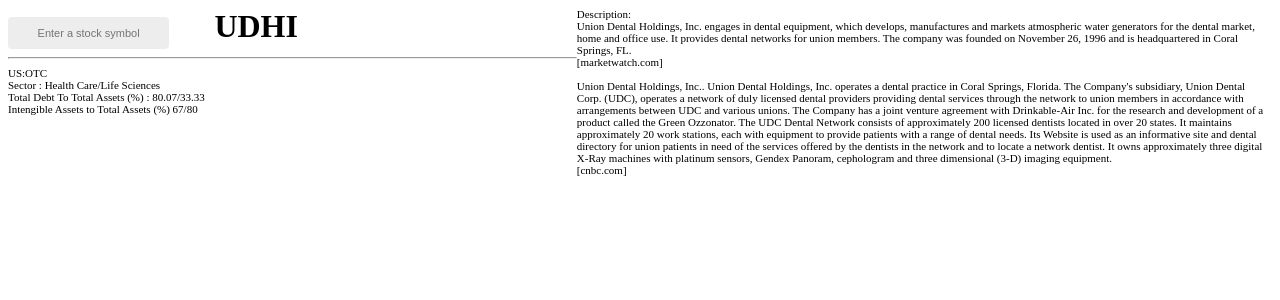
Repository: hadi4172/halal-stock-scanner
Page: popup.html
An editor plug-in stored every save of this project. The page is shown before and after the next save, followed by the edit.
The browser window is 1280 px wide. The pictures show the whole page.

Above is the page before, as saved 2020-09-24 18:34:12.

### popup.html
<!DOCTYPE html>
<html>

<head>
    <title>Halal Stock Scanner</title>
    <meta charset="UTF-8">
    <link rel="stylesheet" href="SimpleBar/simplebar.css" />
    <link rel="stylesheet" href="font-awesome/font-awesome.min.css">
    <link rel="stylesheet" type="text/css" href="popup.css">
    <script src="popup.js"></script>
    <script src="SimpleBar/simplebar.min.js"></script>
</head>

<body>
    <div id=left>
        <input id=input type=text maxlength=5 placeholder="Enter a stock symbol" />
        <i id=search-btn class="fa fa-search fa-lg"></i>
        <i id=settings-btn class="fa fa-cog fa-lg"></i>
        <span id=symbol>UDHI</span>
        <i id=icon-is-correct-or-no class="fa fa-exclamation-triangle fa-2x"></i>
        <hr>
        <div id=market class=info>US:OTC</div>
        <div id=sector class=info>Sector : Health Care/Life Sciences</div>
        <div id=debt-to-assets class=info>Total Debt To Total Assets (%) : 80.07/33.33</div>
        <div id=intengible-assets-to-total-assets class=info>Intengible Assets to Total Assets (%) 67/80 </div>
    </div>

    <div id=right>
        <div id=description data-simplebar>
            Description: <br />
            Union Dental Holdings, Inc. engages in dental equipment, which develops, manufactures and markets atmospheric water generators for the dental market, home and office use. It provides dental networks for union members. The company was founded on November 26, 1996 and is headquartered in Coral Springs, FL.<br />
            [marketwatch.com]<br /><br />
            Union Dental Holdings, Inc.. Union Dental Holdings, Inc. operates a dental practice in Coral Springs, Florida. The Company's subsidiary, Union Dental Corp. (UDC), operates a network of duly licensed dental providers providing dental services through the network to union members in accordance with arrangements between UDC and various unions. The Company has a joint venture agreement with Drinkable-Air Inc. for the research and development of a product called the Green Ozzonator. The UDC Dental Network consists of approximately 200 licensed dentists located in over 20 states. It maintains approximately 20 work stations, each with equipment to provide patients with a range of dental needs. Its Website is used as an informative site and dental directory for union patients in need of the services offered by the dentists in the network and to locate a network dentist. It owns approximately three digital X-Ray machines with platinum sensors, Gendex Panoram, cephologram and three dimensional (3-D) imaging equipment.<br />
            [cnbc.com]
        </div>
    </div>
</body>

</html>

### SimpleBar/simplebar.css
[data-simplebar] {
  position: relative;
  flex-direction: column;
  flex-wrap: wrap;
  justify-content: flex-start;
  align-content: flex-start;
  align-items: flex-start;
}

.simplebar-wrapper {
  overflow: hidden;
  width: inherit;
  height: inherit;
  max-width: inherit;
  max-height: inherit;
}

.simplebar-mask {
  direction: inherit;
  position: absolute;
  overflow: hidden;
  padding: 0;
  margin: 0;
  left: 0;
  top: 0;
  bottom: 0;
  right: 0;
  width: auto !important;
  height: auto !important;
  z-index: 0;
}

.simplebar-offset {
  direction: inherit !important;
  box-sizing: inherit !important;
  resize: none !important;
  position: absolute;
  top: 0;
  left: 0;
  bottom: 0;
  right: 0;
  padding: 0;
  margin: 0;
  -webkit-overflow-scrolling: touch;
}

.simplebar-content-wrapper {
  direction: inherit;
  box-sizing: border-box !important;
  position: relative;
  display: block;
  height: 100%; /* Required for horizontal native scrollbar to not appear if parent is taller than natural height */
  width: auto;
  visibility: visible;
  max-width: 100%; /* Not required for horizontal scroll to trigger */
  max-height: 100%; /* Needed for vertical scroll to trigger */
  scrollbar-width: none;
  -ms-overflow-style: none;
}

.simplebar-content-wrapper::-webkit-scrollbar,
.simplebar-hide-scrollbar::-webkit-scrollbar {
  width: 0;
  height: 0;
}

.simplebar-content:before,
.simplebar-content:after {
  content: ' ';
  display: table;
}

.simplebar-placeholder {
  max-height: 100%;
  max-width: 100%;
  width: 100%;
  pointer-events: none;
}

.simplebar-height-auto-observer-wrapper {
  box-sizing: inherit !important;
  height: 100%;
  width: 100%;
  max-width: 1px;
  position: relative;
  float: left;
  max-height: 1px;
  overflow: hidden;
  z-index: -1;
  padding: 0;
  margin: 0;
  pointer-events: none;
  flex-grow: inherit;
  flex-shrink: 0;
  flex-basis: 0;
}

.simplebar-height-auto-observer {
  box-sizing: inherit;
  display: block;
  opacity: 0;
  position: absolute;
  top: 0;
  left: 0;
  height: 1000%;
  width: 1000%;
  min-height: 1px;
  min-width: 1px;
  overflow: hidden;
  pointer-events: none;
  z-index: -1;
}

.simplebar-track {
  z-index: 1;
  position: absolute;
  right: 0;
  bottom: 0;
  pointer-events: none;
  overflow: hidden;
}

[data-simplebar].simplebar-dragging .simplebar-content {
  pointer-events: none;
  user-select: none;
  -webkit-user-select: none;
}

[data-simplebar].simplebar-dragging .simplebar-track {
  pointer-events: all;
}

.simplebar-scrollbar {
  position: absolute;
  left: 0;
  right: 0;
  min-height: 10px;
}

.simplebar-scrollbar:before {
  position: absolute;
  content: '';
  background: black;
  border-radius: 7px;
  left: 2px;
  right: 2px;
  opacity: 0;
  transition: opacity 0.2s linear;
}

.simplebar-scrollbar.simplebar-visible:before {
  /* When hovered, remove all transitions from drag handle */
  opacity: 0.5;
  transition: opacity 0s linear;
}

.simplebar-track.simplebar-vertical {
  top: 0;
  width: 11px;
}

.simplebar-track.simplebar-vertical .simplebar-scrollbar:before {
  top: 2px;
  bottom: 2px;
}

.simplebar-track.simplebar-horizontal {
  left: 0;
  height: 11px;
}

.simplebar-track.simplebar-horizontal .simplebar-scrollbar:before {
  height: 100%;
  left: 2px;
  right: 2px;
}

.simplebar-track.simplebar-horizontal .simplebar-scrollbar {
  right: auto;
  left: 0;
  top: 2px;
  height: 7px;
  min-height: 0;
  min-width: 10px;
  width: auto;
}

/* Rtl support */
[data-simplebar-direction='rtl'] .simplebar-track.simplebar-vertical {
  right: auto;
  left: 0;
}

.hs-dummy-scrollbar-size {
  direction: rtl;
  position: fixed;
  opacity: 0;
  visibility: hidden;
  height: 500px;
  width: 500px;
  overflow-y: hidden;
  overflow-x: scroll;
}

.simplebar-hide-scrollbar {
  position: fixed;
  left: 0;
  visibility: hidden;
  overflow-y: scroll;
  scrollbar-width: none;
  -ms-overflow-style: none;
}

### popup.css
/* * {
    border: 1px black dotted;
} */

body{
    display:flex;
}

#right{
    width:55%
}

#left{
    width:45%
}

#description{
    height: 90vh;
}

#input{
    max-width: 60%;
    font-size: 11px;
    border: none;
    background: hsl(0 0% 93%);
    border-radius: .25rem;
    padding: .6rem;
}

::placeholder {
    text-align: center;
}

#description{
    font-size: 11px;
}

#symbol{
    font-size: 2em;
    font-weight: bolder;
}

.info{
    font-size: 11px;
}

Loaded but not shown: font-awesome/font-awesome.min.css (library); SimpleBar/simplebar.min.js (library); popup.js (no copy from this time; the picture is the same without it)

After the next save:
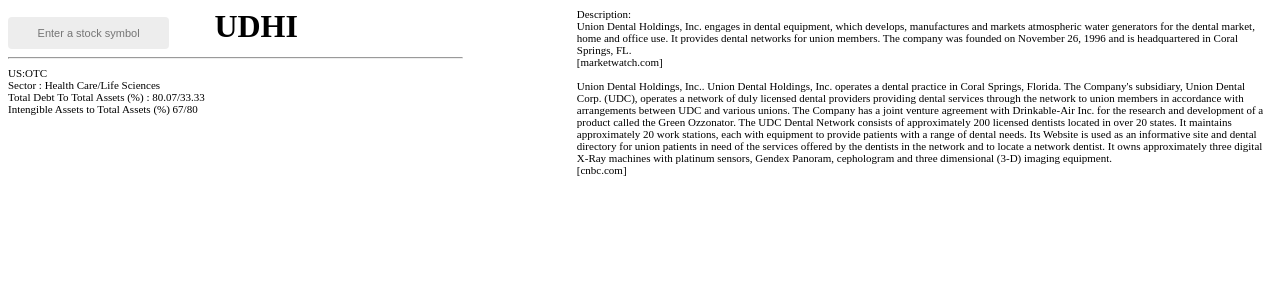
Saved 8 min 4 s later.
--- a/popup.html
+++ b/popup.html
@@ -18,7 +18,7 @@
         <i id=settings-btn class="fa fa-cog fa-lg"></i>
         <span id=symbol>UDHI</span>
         <i id=icon-is-correct-or-no class="fa fa-exclamation-triangle fa-2x"></i>
-        <hr>
+        <div style="width:80%"><hr></div>
         <div id=market class=info>US:OTC</div>
         <div id=sector class=info>Sector : Health Care/Life Sciences</div>
         <div id=debt-to-assets class=info>Total Debt To Total Assets (%) : 80.07/33.33</div>
